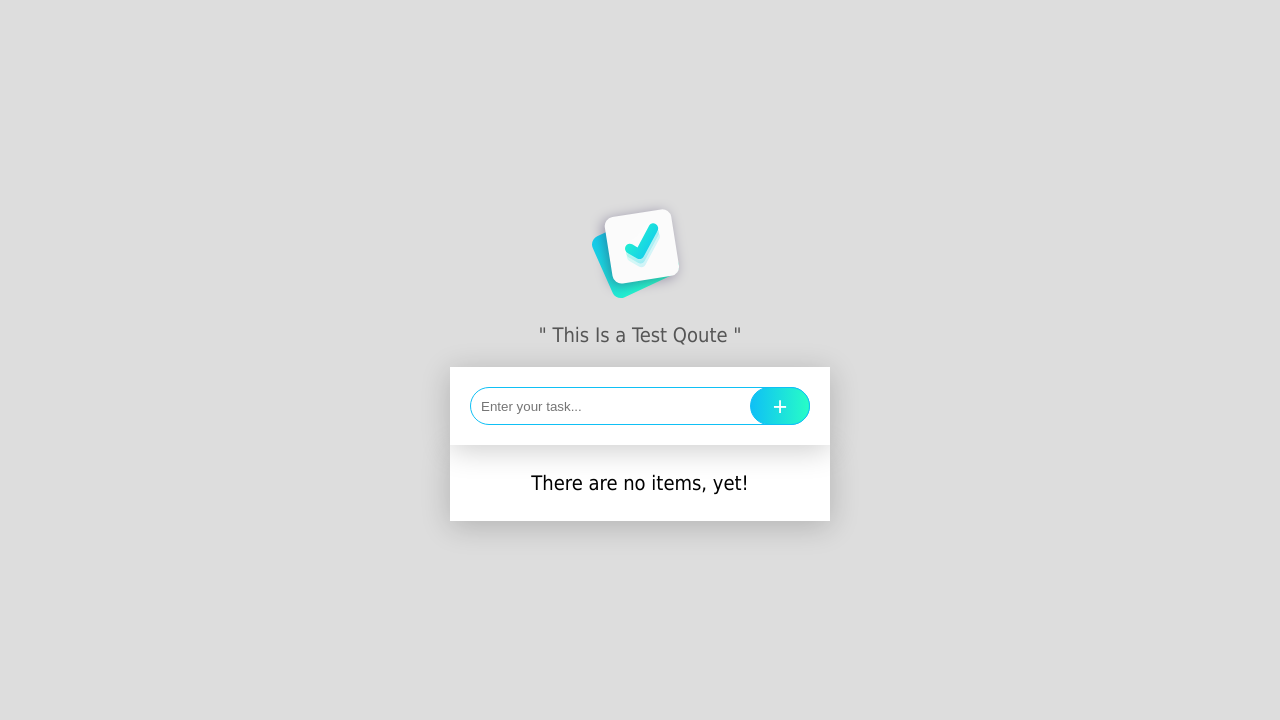
Repository: ahmedhamed15/React-Todo
Page: /
An editor plug-in stored every save of this project. The page is shown before and after the next save, followed by the edit.
The browser window is 1280 px wide. The pictures show the whole page.
The project was rebuilt for these pictures with package versions that can differ from the ones it lists, and the page was loaded fresh each time. Also part of the build but not shown: src/components/Todos/TodoItem/index.js.

Above is the page before, as saved 2021-07-27 02:03:42.

After the next save:
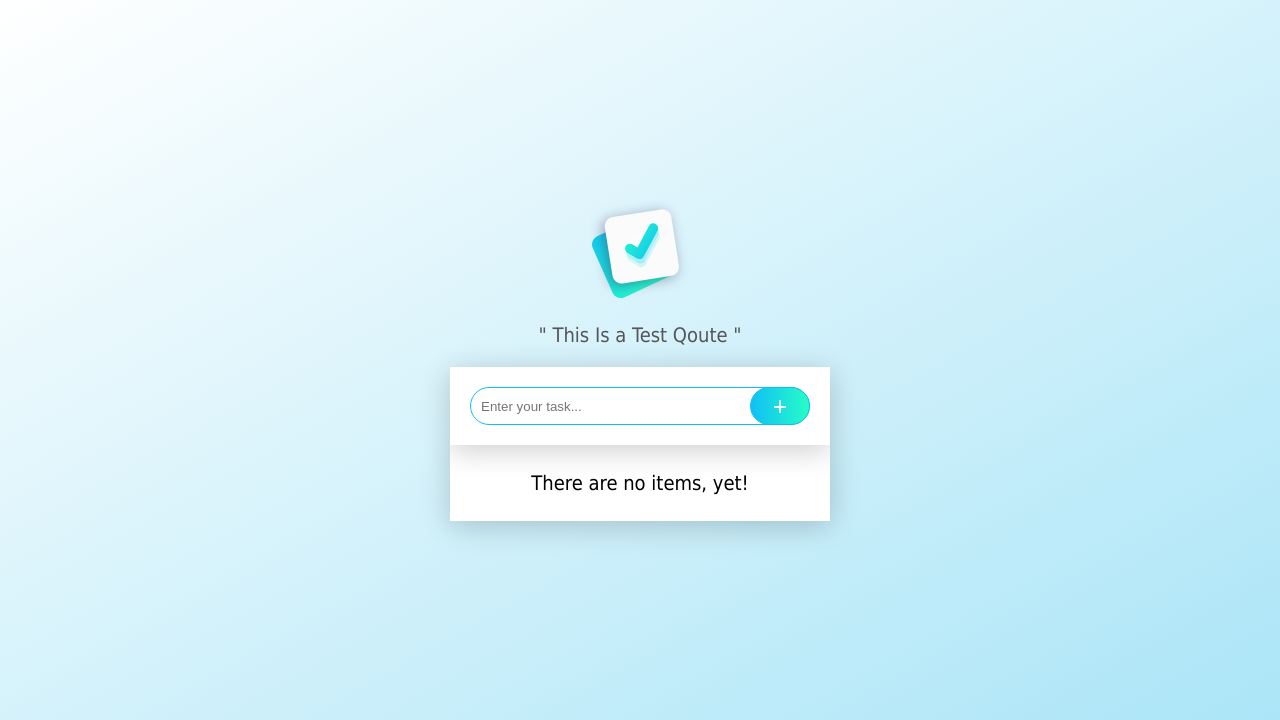
Saved 7 min 54 s later.
--- a/src/index.scss
+++ b/src/index.scss
@@ -1,5 +1,5 @@
 html {
-  background: #ddd;
+  background-image: linear-gradient(to right bottom, #ffffff, #abe5f7);
   height: 100%;
   display: flex;
 }
